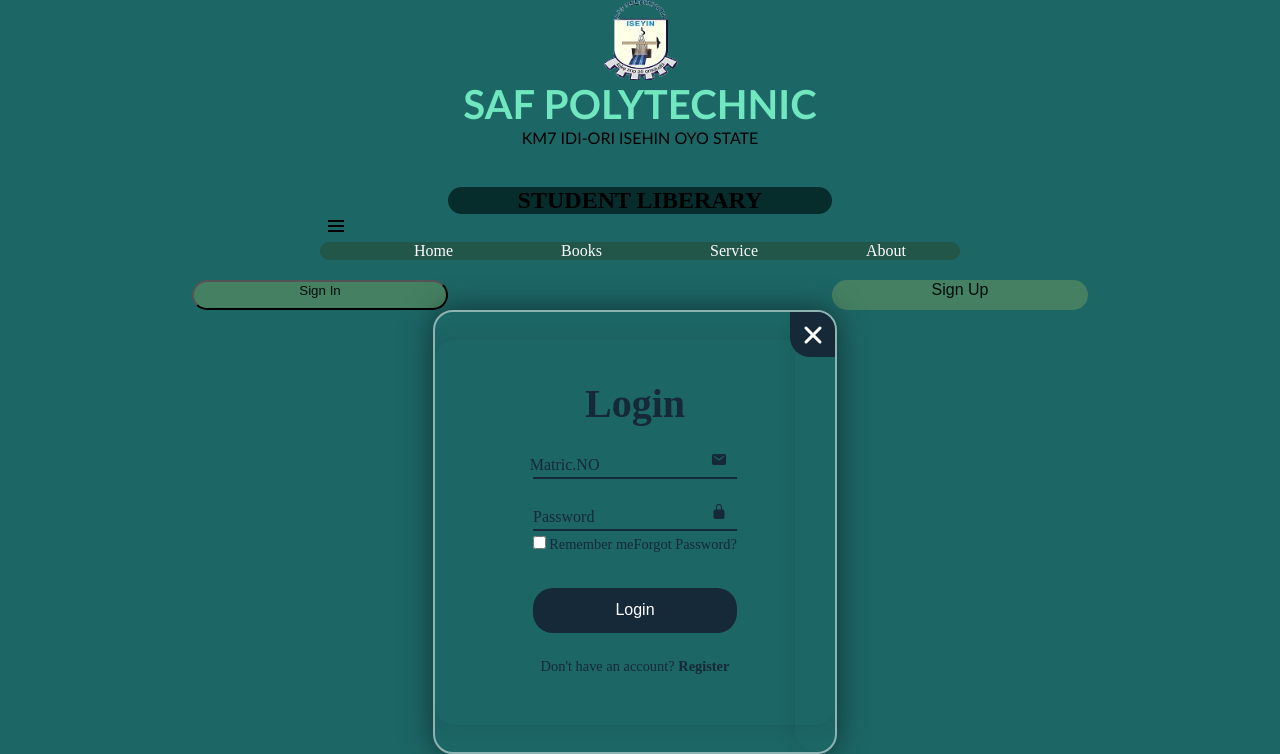
Repository: makinwademila/new-html
Page: index.html
These files come from the project's save history. The page is drawn as it stood at one moment and after the next save; the edit follows.
The browser window is 1280 px wide. The pictures show the whole page.

Above is the page before, as saved 2025-03-05 13:32:37.
Console error: ReferenceError: e is not defined

After the next save:
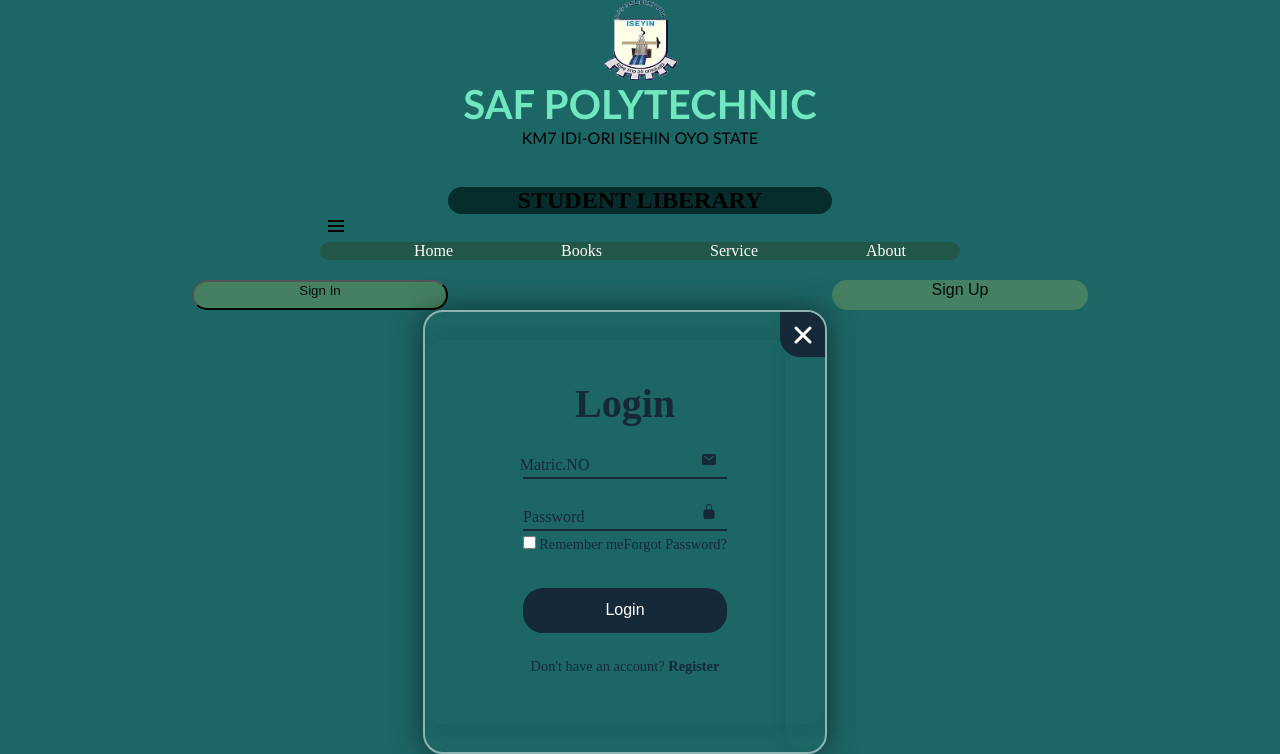
Saved 22 s later.
--- a/style.css
+++ b/style.css
@@ -207,7 +207,7 @@
     transition: transform .5s ease height .2 ease;
     overflow: hidden;
     transform: scale(1);
-    transform: translateX(-5px);
+    transform: translateX(-15px);
 }
 
 .header {
